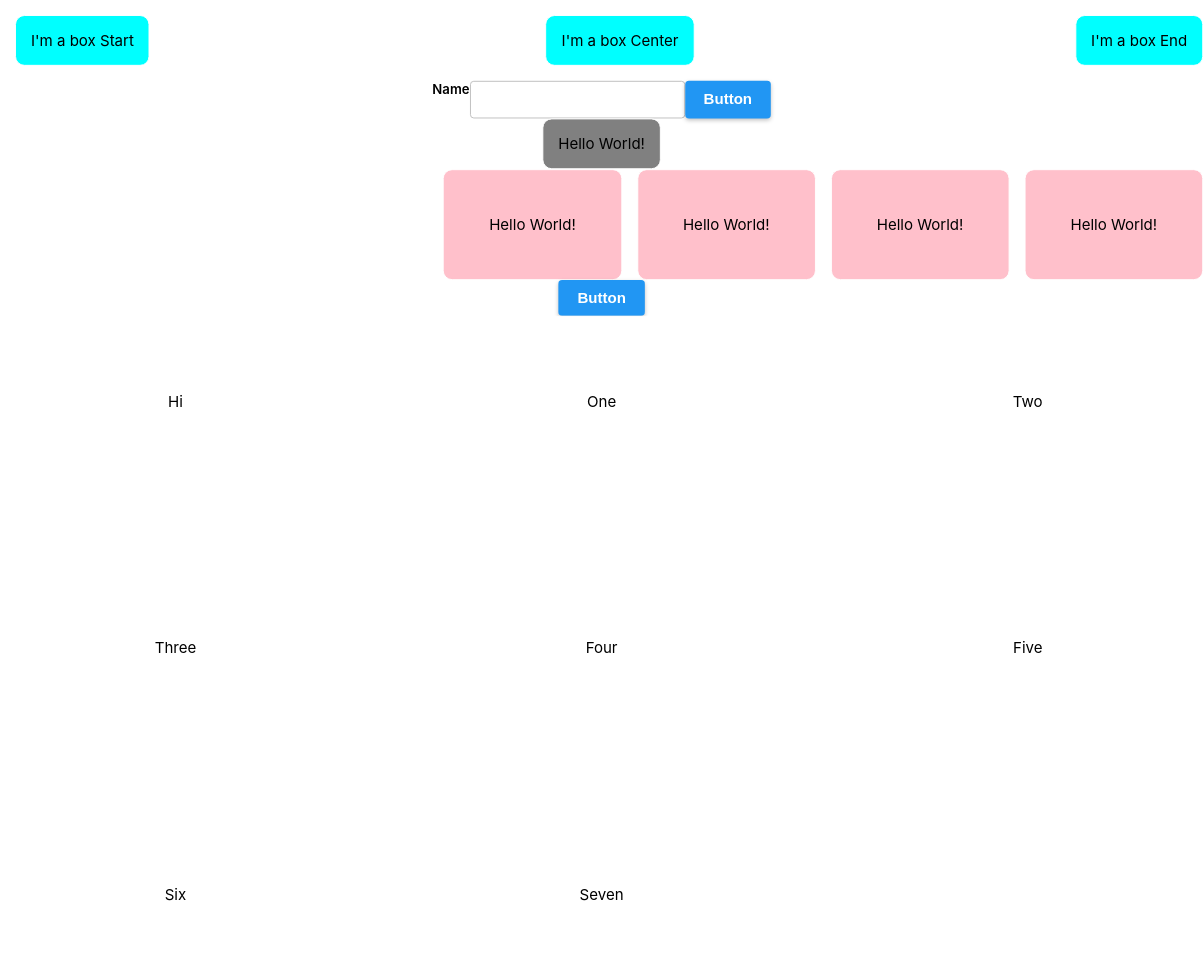
Repository: roistyx/react
Page: /layouts (app in layouts-app/)
An editor plug-in stored every save of this project. The page is shown before and after the next save, followed by the edit.
The browser window is 1280 px wide. The pictures show the whole page, at 94% of full size.
The project was rebuilt for these pictures with package versions that can differ from the ones it lists, and the page was loaded fresh each time. Also part of the build but not shown: layouts-app/src/components/Cards/BasicCard.js, layouts-app/src/components/Components.css, layouts-app/src/components/Components.js.

Above is the page before, as saved 2023-05-03 09:23:10.

### layouts-app/src/index.js
import React from 'react';
import ReactDOM from 'react-dom/client';
import { BrowserRouter } from 'react-router-dom';

import './index.css';
import App from './App';
import reportWebVitals from './reportWebVitals';

const root = ReactDOM.createRoot(document.getElementById('root'));
root.render(
	<BrowserRouter>
		<App />
	</BrowserRouter>
);

// If you want to start measuring performance in your app, pass a function
// to log results (for example: reportWebVitals(console.log))
// or send to an analytics endpoint. Learn more: https://bit.ly/CRA-vitals
reportWebVitals();

### layouts-app/src/App.js
import React, { Component } from 'react';
import { Route, Routes } from 'react-router-dom';

import { Between, SpaceEvenly, Center, FlexEnd } from './layouts/Line';
import { Btn } from './elements/Btn';
import { Rows } from './layouts/Line';
import SearchField from './elements/TextField';
import { AlignCenter } from './layouts/Line';
import { Box } from './layouts/Box';
import { Grid } from './layouts/Grid';
import Components from './components/Components';
import Layouts from './layouts/Layouts';

export default function App() {
	return (
		<div>
			<Routes>
				<Route path="layouts" element={<Layouts />} />
				<Route path="/components" element={<Components />} />
			</Routes>
		</div>
	);
}

### layouts-app/src/layouts/Line.js
import './Line.css';

export const Line = ({ children, addClass }) => {
	return <div className={`Line ${addClass || ''}`}>{children}</div>;
};

export const FlexEnd = (props) => {
	return <Line {...props} addClass="flex-end" />;
};

export const Between = (props) => {
	return <Line {...props} addClass="between" />;
};

export const Center = (props) => {
	return <Line {...props} addClass="center" />;
};

export const SpaceEvenly = (props) => {
	return <Line {...props} addClass="evenly" />;
};

export const Rows = (props) => {
	return <Line {...props} addClass="rows" />;
};

export const AlignStart = ({ children }) => {
	return <div className="AlignStart">{children}</div>;
};

export const AlignCenter = ({ children }) => {
	return <div className="AlignCenter">{children}</div>;
};

### layouts-app/src/elements/Btn.js
import { Button } from '@mui/material';
import './Btn.css';
export const Btn = ({ children }) => {
	return (
		<button className="Btn">
			<span>{children}</span>{' '}
		</button>
		// <Button variant="contained" color="primary">
		// 	{' '}
		// 	<span>{children}</span>{' '}
		// </Button>
	);
};

### layouts-app/src/elements/TextField.js
import '../elements/TextField.css';
import React from 'react';
import { Btn } from '../elements/Btn.js';
import { TextField } from '@mui/material';

const SearchField = () => {
	return (
		<div>
			<form class="text-field">
				<label for="name">Name</label>
				<input type="text" id="name" name="name" />
				<Btn>Button</Btn>
			</form>
		</div>
	);
};

export default SearchField;

### layouts-app/src/layouts/Box.js
import './Box.css';

export const Box = ({ boxMargin, bgColor, borderRadius, gap, children }) => {
	const style = {
		...(boxMargin ? { '--boxMargin': boxMargin } : {}),
		...(bgColor ? { '--background': bgColor } : {}),
		...(borderRadius ? { '--border-radius': borderRadius } : {}),
		...(gap ? { '--gap': gap } : {}),
	};

	return (
		<div className="Box" style={style}>
			{children}
		</div>
	);
};

### layouts-app/src/layouts/Grid.js
import './Grid.css';

export const Grid = ({ bgColor, gap, children }) => {
	console.log(bgColor, gap, 'bgColor, gap');
	const style = {
		...(bgColor ? { '----bgColor': bgColor } : {}),
		...(gap ? { '--gap': gap } : {}),
	};
	return (
		<div className="Grid" style={style}>
			{children}
		</div>
	);
};

### layouts-app/src/layouts/Layouts.js
import React from 'react';
import {
	Between,
	SpaceEvenly,
	Center,
	FlexEnd,
	Rows,
	AlignCenter,
} from './Line';
import { Btn } from '../elements/Btn';
import SearchField from '../elements/TextField';
import { Box } from './Box';
import { Grid } from './Grid';

export default function Layouts() {
	return (
		<div>
			<Between>
				<Box bgColor="	#00FFFF" borderRadius="10px" gap="1rem" boxMargin="1rem">
					<span>I'm a box Start</span>
				</Box>
				<Box bgColor="	#00FFFF" borderRadius="10px" gap="1rem">
					<span>I'm a box Center</span>
				</Box>
				<Box bgColor="	#00FFFF" borderRadius="10px" gap="1rem">
					<span>I'm a box End</span>
				</Box>
			</Between>
			<Rows>
				<AlignCenter>
					<SearchField />
				</AlignCenter>
			</Rows>
			<Center>
				<Box bgColor="grey" borderRadius="10px" gap="1rem">
					<span>Hello World!</span>
				</Box>
			</Center>
			<FlexEnd>
				<Box bgColor="pink" borderRadius="10px" gap="3rem">
					<span>Hello World!</span>
				</Box>
				<Box bgColor="pink" borderRadius="10px" gap="3rem">
					<span>Hello World!</span>
				</Box>
				<Box bgColor="pink" borderRadius="10px" gap="3rem">
					<span>Hello World!</span>
				</Box>
				<Box bgColor="pink" borderRadius="10px" gap="3rem">
					<span>Hello World!</span>
				</Box>
			</FlexEnd>
			<Center>
				<Btn>Button</Btn>
			</Center>
			<Grid bgColor="green" gap="5rem">
				<span>Hi</span>
				<Box>One</Box>
				<Box>Two</Box>
				<Box>Three</Box>
				<Box>Four</Box>
				<Box>Five</Box>
				<Box>Six</Box>
				<Box>Seven</Box>
			</Grid>
		</div>
	);
}

### layouts-app/src/layouts/Line.css
.Line {
	display: flex;
	gap: var(--gap);
	height: 100%;
	align-items: center;
}

.Line.flex-end {
	justify-content: flex-end;
}

.Line.between {
	justify-content: space-between;
}

.Line.center {
	justify-content: center;
}

.Line.evenly {
	justify-content: space-evenly;
}

.Line.around {
	justify-content: space-around;
}

.Line.rows {
	flex-direction: column;
	align-items: stretch;
}

.AlignStart {
	align-self: flex-start;
}

.AlignCenter {
	align-self: center;
}

### layouts-app/src/elements/Btn.css
.Btn {
	display: inline-block;
	padding: 10px 20px;
	font-size: 16px;
	font-weight: 600;
	text-align: center;
	text-decoration: none;
	background-color: #2196f3;
	color: #fff;
	border-radius: 4px;
	border: none;
	cursor: pointer;
	box-shadow: 0px 2px 5px rgba(0, 0, 0, 0.25);
	transition: background-color 0.3s ease;
}
.Btn:hover {
	background-color: #0d6ec3;
}

### layouts-app/src/elements/TextField.css
.text-field {
	display: flex;
	flex-direction: row;
}

.text-field label {
	font-size: 14px;
	font-weight: 600;
	margin-bottom: 5px;
}

.text-field input {
	padding: 10px;
	font-size: 16px;
	border-radius: 4px;
	border: 1px solid #bdbdbd;
	transition: border-color 0.3s ease;
}
.text-field input:focus {
	outline: none;
	border-color: #2196f3;
}

### layouts-app/src/layouts/Box.css
.Box {
	background-color: var(--bgColor);
	border: 1px solid var(--border);
	padding: var(--gap);
	margin: var(--boxMargin);
	border-radius: var(--border-radius);
}

### layouts-app/src/layouts/Grid.css
.Grid {
	/* row-gap: var(--gap, 400px); */
	display: grid;
	height: 100%;
	grid-template-rows: 1fr 1fr 1fr;
	grid-template-columns: repeat(3, 1fr);
	/* grid-template-rows: 100px 100px 100px; */
	gap: var(--gap);
}

.Grid > * {
	color: black;
	background-color: var(--bgColor);

	font-size: 16px;
	display: flex;
	align-items: center;
	justify-content: center;
}

/* .Grid > :nth-child(1) {
	background-color: var(--bgColor);
	color: black;
} */

/* .Grid > :nth-child(2) {
}

.Grid > :nth-child(3) {
	background-color: #e1e1e1;
} */

### layouts-app/src/components/Cards/BasicCard.css
:root {
	--background: #fff;
	--border: #fff;
	--gap: 1rem;
	--margin: 0 0 0 0;
	--border-radius: 0.25rem;
}

.Box {
	background-color: var(--background);
	border: 1px solid var(--border);
	padding: var(--gap);
	margin: var(--boxMargin);
	border-radius: var(--border-radius);
}

Loaded but not shown: layouts-app/public/index.html (common file); layouts-app/src/index.css (common file); layouts-app/src/reportWebVitals.js (common file)

After the next save:
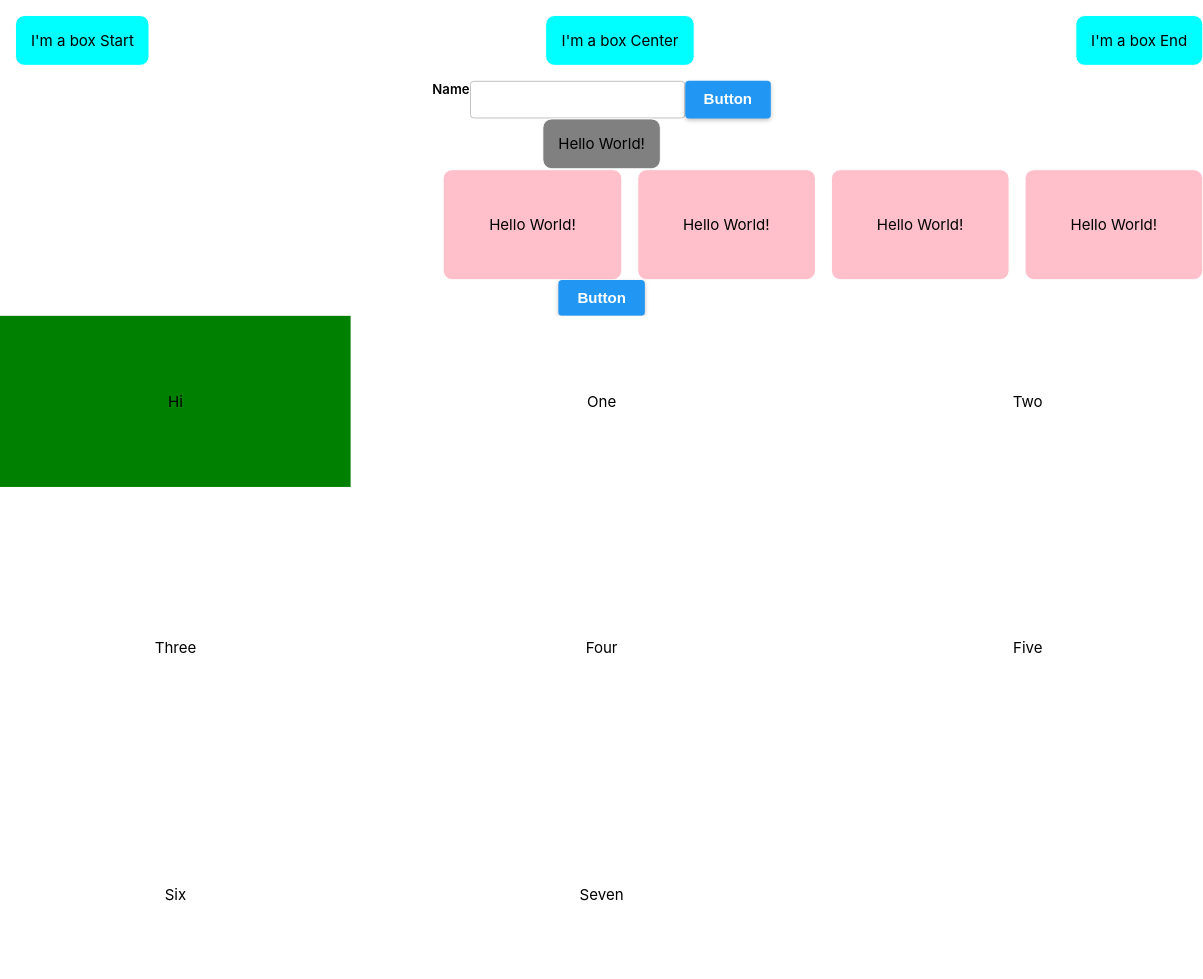
Saved 18 s later.
--- a/layouts-app/src/layouts/Grid.js
+++ b/layouts-app/src/layouts/Grid.js
@@ -3,7 +3,7 @@ import './Grid.css';
 export const Grid = ({ bgColor, gap, children }) => {
 	console.log(bgColor, gap, 'bgColor, gap');
 	const style = {
-		...(bgColor ? { '----bgColor': bgColor } : {}),
+		...(bgColor ? { '--bgColor': bgColor } : {}),
 		...(gap ? { '--gap': gap } : {}),
 	};
 	return (
